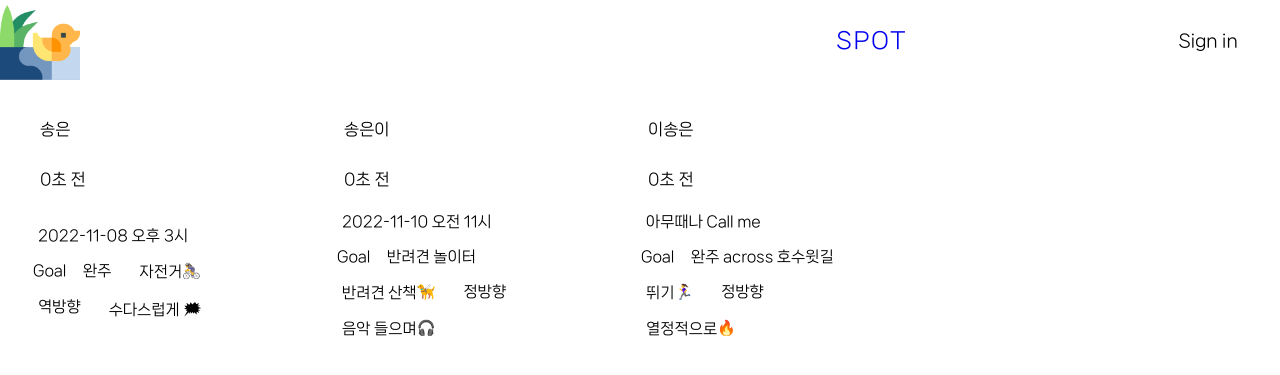
Repository: songeunleee/youngrangho
Page: /
These files come from the project's save history. The page is drawn as it stood at one moment and after the next save; the edit follows.
The browser window is 1280 px wide. The pictures show the whole page.
Some web libraries are served in a nearby version. The project was rebuilt for these pictures with package versions that can differ from the ones it lists, and the page was loaded fresh each time. Some packages were replaced by stand-ins written for this rebuild. Also part of the build but not shown: src/app.module.css, src/components/activity/activity.module.css, src/components/footer/footer.module.css, src/components/footer/footer.jsx, src/components/home/home.module.css, src/components/home/home.jsx, src/components/add_spot/add_spot.module.css, src/components/add_spot/add_spot.jsx and 6 more.

Above is the page before, as saved 2022-11-08 07:04:59.

### public/index.html
<!DOCTYPE html>
<html lang="en">
  <head>
    <meta charset="utf-8" />
    <script src="https://cdn.jsdelivr.net/npm/sweetalert2@10"></script>
    <script
      src="https://kit.fontawesome.com/7fb71a1d7b.js"
      crossorigin="anonymous"
    ></script>
    <link rel="icon" href="%PUBLIC_URL%/favicon.ico" />
    <meta name="viewport" content="width=device-width, initial-scale=1" />
    <meta name="theme-color" content="#000000" />
    <link rel="preconnect" href="https://fonts.googleapis.com" />
    <link rel="preconnect" href="https://fonts.gstatic.com" crossorigin />
    <link
      href="https://fonts.googleapis.com/css2?family=Noto+Sans+KR:wght@100;300;400&family=Noto+Serif+KR:wght@200;400&family=Varela+Round&display=swap"
      rel="stylesheet"
    />

    <meta
      name="description"
      content="Web site created using create-react-app"
    />
    <link rel="apple-touch-icon" href="%PUBLIC_URL%/logo192.png" />
    <!--
      manifest.json provides metadata used when your web app is installed on a
      user's mobile device or desktop. See https://developers.google.com/web/fundamentals/web-app-manifest/
    -->
    <link rel="manifest" href="%PUBLIC_URL%/manifest.json" />
    <!--
      Notice the use of %PUBLIC_URL% in the tags above.
      It will be replaced with the URL of the `public` folder during the build.
      Only files inside the `public` folder can be referenced from the HTML.

      Unlike "/favicon.ico" or "favicon.ico", "%PUBLIC_URL%/favicon.ico" will
      work correctly both with client-side routing and a non-root public URL.
      Learn how to configure a non-root public URL by running `npm run build`.
    -->
    <title>React App</title>
  </head>
  <body>
    <noscript>You need to enable JavaScript to run this app.</noscript>
    <div id="root"></div>
    <!--
      This HTML file is a template.
      If you open it directly in the browser, you will see an empty page.

      You can add webfonts, meta tags, or analytics to this file.
      The build step will place the bundled scripts into the <body> tag.

      To begin the development, run `npm start` or `yarn start`.
      To create a production bundle, use `npm run build` or `yarn build`.
    -->
  </body>
</html>

### src/index.js
import React from "react";
import ReactDOM from "react-dom/client";
import "./index.css";
import App from "./app";
import { firebaseApp } from "./service/firebase";
import AuthService from "./service/auth_service";
import FileUpload from "./service/file_upload";
import Repository from "./service/repositiry";

const repository = new Repository(firebaseApp);
const fileUpload = new FileUpload(firebaseApp);
const authService = new AuthService(firebaseApp);

const root = ReactDOM.createRoot(document.getElementById("root"));
root.render(
  <React.StrictMode>
    <App
      authService={authService}
      fileUpload={fileUpload}
      repository={repository}
    />
  </React.StrictMode>
);

### src/index.css
@font-face {
  font-family: "font1";
  src: url("../public/fonts/NanumSquareNeo-aLt.ttf") format("truetype");
  font-weight: normal;
}

@font-face {
  font-family: "font2";
  src: url("../public/fonts/NanumSquareNeo-bRg.ttf") format("truetype");
  font-weight: bold;
}

@font-face {
  font-family: "font3";
  src: url("../public/fonts/NanumSquareNeo-cBd.ttf") format("truetype");
  font-weight: bold;
}

@font-face {
  font-family: "font4";
  src: url("../public/fonts/NanumSquareNeo-eHv.ttf") format("truetype");
  font-weight: bold;
}
body {
  margin: 0;
  font-family: -apple-system, BlinkMacSystemFont, "Segoe UI", "Roboto", "Oxygen",
    "Ubuntu", "Cantarell", "Fira Sans", "Droid Sans", "Helvetica Neue",
    sans-serif;
  -webkit-font-smoothing: antialiased;
  -moz-osx-font-smoothing: grayscale;
  height: 100%;
}

code {
  font-family: source-code-pro, Menlo, Monaco, Consolas, "Courier New",
    monospace;
}
html {
}
#root {
  margin: 0;
  display: flex;
  flex-direction: column;
  height: 100%;
}

### src/app.jsx
import { useEffect, useState } from "react";
import { BrowserRouter, Route, Routes } from "react-router-dom";
import styles from "./app.module.css";
import Activity from "./components/activity/activity";
import Footer from "./components/footer/footer";
import Header from "./components/header/header";
import Home from "./components/home/home";
import Spot from "./components/spot/spot";

function App({ authService, fileUpload, repository }) {
  const [user, setUser] = useState(null);

  const getUser = (user) => {
    setUser(user);
  };

  useEffect(() => {
    authService.onAuthChange((user) => {
      if (user) {
        setUser(user);
      } else {
      }
    });
  }, [authService]);

  return (
    <>
      <BrowserRouter>
        <Header authService={authService} getUser={getUser} user={user} />
        <Routes>
          <Route
            path="/"
            element={<Activity authService={authService} user={user} />}
          />
          <Route
            path="/activity"
            element={<Activity authService={authService} user={user} />}
          />
          <Route
            path="/spot"
            element={
              <Spot
                authService={authService}
                user={user}
                fileUpload={fileUpload}
                repository={repository}
              />
            }
          />
        </Routes>
      </BrowserRouter>
    </>
  );
}

export default App;

### src/service/firebase.js
import { initializeApp } from "firebase/app";

const firebaseConfig = {
  apiKey: "AIzaSyA1QsOldBRNtAOG8_cfGoyHxB8PmdZT3xA",
  authDomain: "youngrangho-d9473.firebaseapp.com",
  projectId: "youngrangho-d9473",
  storageBucket: "youngrangho-d9473.appspot.com",
  messagingSenderId: "558891074778",
  appId: "1:558891074778:web:a513dfcb578ca1084111e3",
  measurementId: "G-VKW34V7D4J",
};

export const firebaseApp = initializeApp(firebaseConfig);

### src/service/auth_service.js
import {
  getAuth,
  signInWithPopup,
  GoogleAuthProvider,
  onAuthStateChanged,
} from "firebase/auth";
class AuthService {
  constructor() {
    this.auth = getAuth();
    this.provider = new GoogleAuthProvider();
  }
  signin() {
    return signInWithPopup(this.auth, this.provider);
  }

  signout() {
    const auth = getAuth();
    auth.signOut();
  }

  onAuthChange(onUserChanged) {
    const auth = getAuth();
    return onAuthStateChanged(auth, (user) => {
      onUserChanged(user);
    });
  }
}
export default AuthService;

### src/service/file_upload.js
import { getStorage, ref, uploadBytes, getDownloadURL } from "firebase/storage";

class FileUpload {
  constructor() {
    this.storage = getStorage();
  }

  async upload(file) {
    this.storageRef = ref(this.storage, `spot/${file.name}`);
    const img = await uploadBytes(this.storageRef, file);
    return getDownloadURL(ref(this.storage, img.ref.fullPath));
  }
}

export default FileUpload;

### src/service/repositiry.js
import {
  getDatabase,
  ref,
  set,
  remove,
  onValue,
  off,
  update,
} from "firebase/database";

class Repository {
  constructor() {
    this.db = getDatabase();
  }

  syncSpots(userId, onUpdate) {
    const query = ref(this.db, `spots`);
    onValue(query, (snapshot) => {
      const value = snapshot.val();
      value && onUpdate(value);
    });
    return () => off(query);
  }

  saveSpot(userId, spot) {
    set(ref(this.db, `spots/${spot.id}`), spot);
  }
  removeSpot(userId, spot) {
    const spotRef = ref(this.db, `spots/${spot.id}`);
    remove(spotRef);
  }
}
export default Repository;

### src/components/activity/activity.jsx
import { set } from "firebase/database";
import React from "react";
import { useState } from "react";
import { useEffect } from "react";
import { useLocation } from "react-router-dom";
import ActivityList from "../activity_list/activity_list";
import Header from "../header/header";
import styles from "./activity.module.css";

const Activity = ({ authService, user }) => {
  const [cards, setCards] = useState({
    1: {
      id: 1,
      author: "송은",
      createTime: Date.now(),
      appointment: "2022-11-08 오후 3시",
      mean: "자전거🚴‍♀️",
      course: "역방향",
      goal: "완주",
      mode: "수다스럽게 🗯",
    },
    2: {
      id: 2,
      author: "송은이",
      createTime: Date.now(),
      appointment: "2022-11-10 오전 11시",
      mean: "반려견 산책🦮",
      course: "정방향",
      goal: "반려견 놀이터",
      mode: "음악 들으며🎧",
    },
    3: {
      id: 3,
      author: "이송은",
      createTime: Date.now(),
      appointment: "아무때나 Call me",
      mean: "뛰기🏃‍♀️",
      course: "정방향",
      goal: "완주 across 호수윗길",
      mode: "열정적으로🔥",
    },
  });

  return <ActivityList cards={cards} />;
};
export default Activity;

### src/components/header/header.jsx
import React, { useEffect } from "react";
import { useState } from "react";
import { Link, useLocation } from "react-router-dom";
import styles from "./header.module.css";

const Header = ({ authService, getUser, user }) => {
  const location = useLocation().pathname;

  const isSpot = (location) => {
    return location === "/spot" ? true : false;
  };
  console.log(isSpot(location));
  const onSignin = () => {
    authService.signin().then((data) => getUser(data.user));
  };

  const onSignout = () => {
    authService.signout();
    getUser(null);
  };

  return (
    <header className={styles.header}>
      <Link
        className={`${styles.logolink} ${
          !isSpot(location) ? styles.activity : null
        } `}
        to={"/"}
      >
        <img className={styles.logo} src="./images/duck (1).png" alt="" />
      </Link>
      <Link
        className={`${styles.link} ${
          !isSpot(location) ? styles.activity : null
        }`}
        to={"/activity"}
      >
        ACTIVITY
      </Link>
      <Link
        className={`${styles.link} ${isSpot(location) ? styles.spot : null}`}
        to={"/spot"}
      >
        SPOT
      </Link>

      {user ? (
        <div className={styles.signIn}>
          <img className={styles.img} src={user.photoURL} alt="" />
          <p className={styles.name}>{user.displayName}</p>
          <button
            className={`${styles.button} ${styles.sign}`}
            onClick={onSignout}
          >
            Sign out
          </button>
        </div>
      ) : (
        <button className={`${styles.button}`} onClick={onSignin}>
          Sign in
        </button>
      )}
    </header>
  );
};

export default Header;

### src/components/activity_list/activity_list.jsx
import React from "react";
import ActivityItem from "../activity_item/activity_item";
import styles from "./activity_list.module.css";

const ActivityList = ({ cards, user }) => {
  return (
    <section className={styles.list}>
      {Object.keys(cards).map((key) => (
        <ActivityItem key={key} card={cards[key]} user={user} />
      ))}
    </section>
  );
};

export default ActivityList;

### src/components/header/header.module.css
@value mainBlue, mainLightBlue,sideBlue, textWhite from '../../common/colors.css';
@value mediaQuery from '../../common/size.css';

.header {
  display: flex;
  height: 5rem;
  align-items: center;
  position: relative;
}
.logolink {
  height: 100%;
}

.logolink.activity {
  background-color: white;
}
.logo {
  height: 100%;

  transition: all 150ms ease-in;
}

.logo:hover {
  background-color: mainBlue;
}
.link {
  height: 100%;
  display: flex;
  justify-content: center;
  align-items: center;
  flex: 0.8;
  text-decoration: none;
  color: mainBlue;
  font-size: 1.4rem;
  font-family: "font2";
  letter-spacing: 2px;
  font-weight: 500;
  text-align: center;
  transition: letter-spacing 150ms ease-in;
}

.link.spot {
  background-color: mainBlue;
  color: white;
}

.link.activity {
  background-color: mainBlue;
  color: white;
}

.signIn {
  flex: 0.4;
  display: flex;
  justify-content: center;
  align-items: center;
  padding-left: 0.5rem;
  padding-right: 0.5rem;
}

.img {
  border-radius: 50%;
  width: 50px;
  height: 50px;
}

.name {
  padding-left: 1rem;
  padding-right: 1rem;
  font-family: "font3";
  color: sideBlue;
}

.button.sign {
  flex: 0.6;
  width: 100%;
}

.button {
  font-size: 1.1rem;
  font-weight: 500;
  font-family: "font2";
  flex: 0.2;
  background: none;
  cursor: pointer;
  border: none;
  color: mainBlue;
  transition: letter-spacing 250ms ease-in;
}

.link:hover {
  letter-spacing: 0;
}

.button:hover {
  letter-spacing: 1px;
}

@media screen and (max-width: mediaQuery) {
  .name {
    display: none;
  }
  .img {
    display: none;
  }
  .logolink {
    display: none;
  }
}

### src/components/activity_item/activity_item.jsx
import React from "react";
import styles from "./activity_item.module.css";

const ActivityItem = ({ card }) => {
  const { id, author, createTime, appointment, mean, course, goal, mode } =
    card;

  const publishedAt = (publishedAt) => {
    const now = new Date();
    const time = new Date(publishedAt);

    const t = (now - time) / 1000;

    if (t < 60) return Math.floor(t) + "초 전";
    const tm = t / 60;
    if (tm < 60) return Math.floor(tm) + "분 전";
    const th = tm / 60;
    if (th < 24) return Math.floor(th) + "시간 전";
    const td = th / 24;
    if (td < 8) return Math.floor(td) + "일 전";
    const tw = td / 7;
    if (tw < 5) return Math.floor(tw) + "주 전";
    const tmon = td / 30;
    if (tw < 30) return Math.floor(tmon) + "달 전";
    const ty = td / 365;
    return Math.floor(ty) + "년 전";
  };

  return (
    <section className={styles.card}>
      <div className={styles.info}>
        <p className={styles.author}>{author}</p>
        <p className={styles.createTime}>{publishedAt(Date(createTime))}</p>
      </div>
      <div className={styles.contentBox}>
        <div className={styles.content}>
          {appointment && (
            <div className={`${styles.chip} ${styles.appointment}`}>
              {appointment}
              <i
                className={`fa-solid fa-circle-xmark ${styles.chipDelete}`}
              ></i>
            </div>
          )}

          {goal && (
            <div className={`${styles.chip} ${styles.goal}`}>
              <div className={styles.G}>Goal</div>
              {goal}
              <i
                className={`fa-solid fa-circle-xmark ${styles.chipDelete}`}
              ></i>
            </div>
          )}
          {mean && (
            <div className={`${styles.chip} ${styles.mean}`}>
              {mean}
              <i
                className={`fa-solid fa-circle-xmark ${styles.chipDelete}`}
              ></i>
            </div>
          )}
          {course && (
            <div className={`${styles.chip} ${styles.course}`}>
              {course}
              <i
                className={`fa-solid fa-circle-xmark ${styles.chipDelete}`}
              ></i>
            </div>
          )}
          {mode && (
            <div className={`${styles.chip} ${styles.mode}`}>
              {mode}
              <i
                className={`fa-solid fa-circle-xmark ${styles.chipDelete}`}
              ></i>
            </div>
          )}
        </div>
      </div>
    </section>
  );
};

export default ActivityItem;

### src/components/activity_list/activity_list.module.css
.list {
  display: flex;
  flex-wrap: wrap;
  margin-top: 0.5rem;
}

### src/components/activity_item/activity_item.module.css
@value mainBlue,mainLightBlue,sideBlue,textWhite from '../../common/colors.css';

* {
  font-family: font2;
}

.card {
  display: flex;
  flex-direction: column;
  border: 1px mainLightBlue solid;
  margin: 0.5rem 1rem;
  padding: 0.5rem 0.5rem;
  width: 20%;
  height: auto;
  border-radius: 18px;
}
.info {
}
.author {
  margin: 0;
  padding: 1rem;
}
.createTime {
  margin: 0.5rem;
  padding: 0.5rem;
  border-bottom: 1px dashed mainBlue;
}

.contentBox {
  display: flex;
  flex: 1;
  align-items: center;
}
.content {
  display: flex;
  flex-wrap: wrap;
}
.chip {
  height: max-content;
  font-size: 15px;
  flex-wrap: nowrap;
  background-color: mainLightBlue;
  width: fit-content;
  border-radius: 18px;
  padding: 5px 10px;
  margin: 0.25rem 0.25rem;
  display: flex;
  align-items: center;
  cursor: pointer;
  transition: transform 200ms ease-in;
}

.chip.appointment {
  background-color: mainBlue;
}

.chip.goal {
  padding-top: 0;
  padding-bottom: 0;
}

.G {
  position: relative;
  background-color: sideBlue;
  border-radius: 18px;
  padding-top: 5px;
  padding-bottom: 5px;
  padding-right: 10px;
  padding-left: 5px;
  width: 30px;
  right: 10px;
}

.chip:hover {
  transform: ;
}
.chipDelete {
  display: none;
  color: rgb(255, 255, 255);
  margin-left: 0.3rem;
  opacity: 0.9;
  border: none;
}

After the next save:
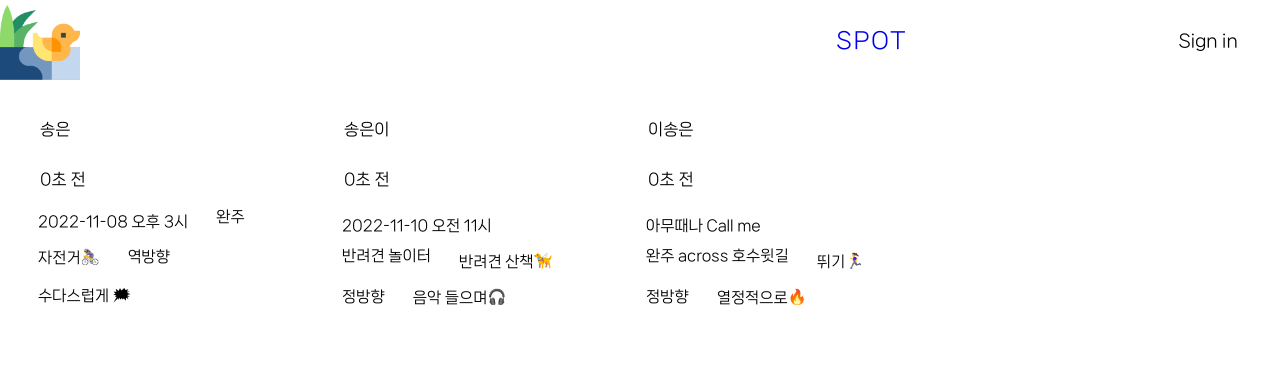
Saved 8 s later.
--- a/src/components/activity_item/activity_item.jsx
+++ b/src/components/activity_item/activity_item.jsx
@@ -45,7 +45,6 @@
 
           {goal && (
             <div className={`${styles.chip} ${styles.goal}`}>
-              <div className={styles.G}>Goal</div>
               {goal}
               <i
                 className={`fa-solid fa-circle-xmark ${styles.chipDelete}`}

After the save that followed:
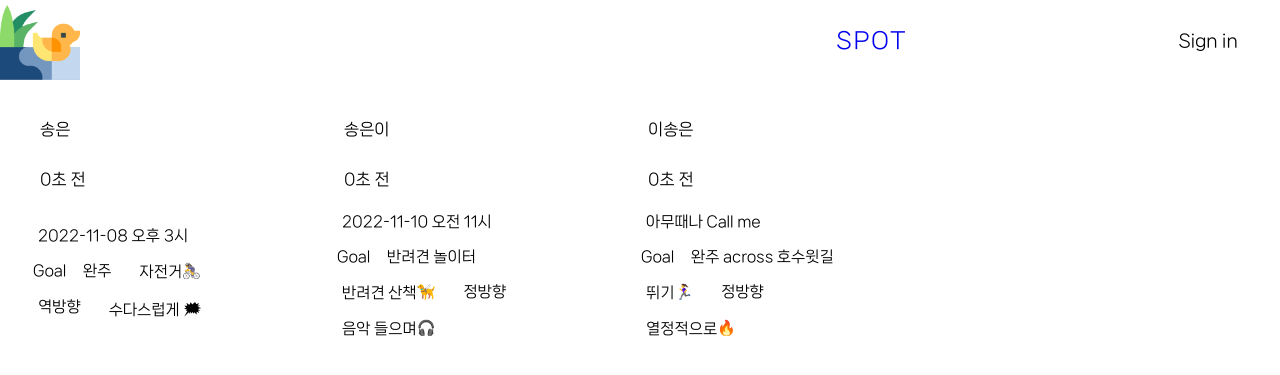
Saved 4 s later.
--- a/src/components/activity_item/activity_item.jsx
+++ b/src/components/activity_item/activity_item.jsx
@@ -45,6 +45,7 @@
 
           {goal && (
             <div className={`${styles.chip} ${styles.goal}`}>
+              <div className={styles.G}>Goal</div>
               {goal}
               <i
                 className={`fa-solid fa-circle-xmark ${styles.chipDelete}`}
